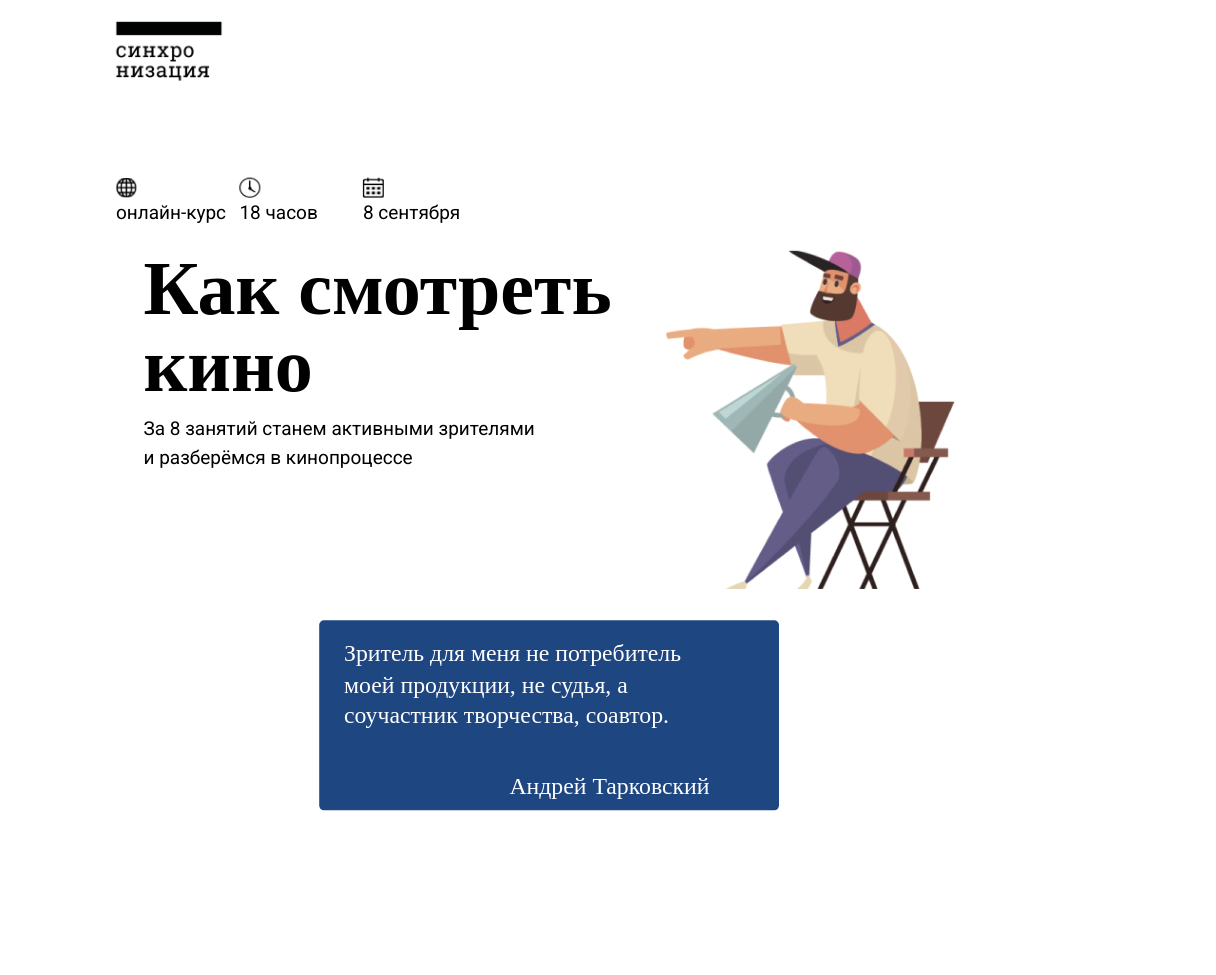
Repository: simralgasimov/task5
Page: index.html
An editor plug-in stored every save of this project. The page is shown before and after the next save, followed by the edit.
The browser window is 1280 px wide. The pictures show the whole page, at 95% of full size.

Above is the page before, as saved 2023-08-28 13:21:30.

After the next save:
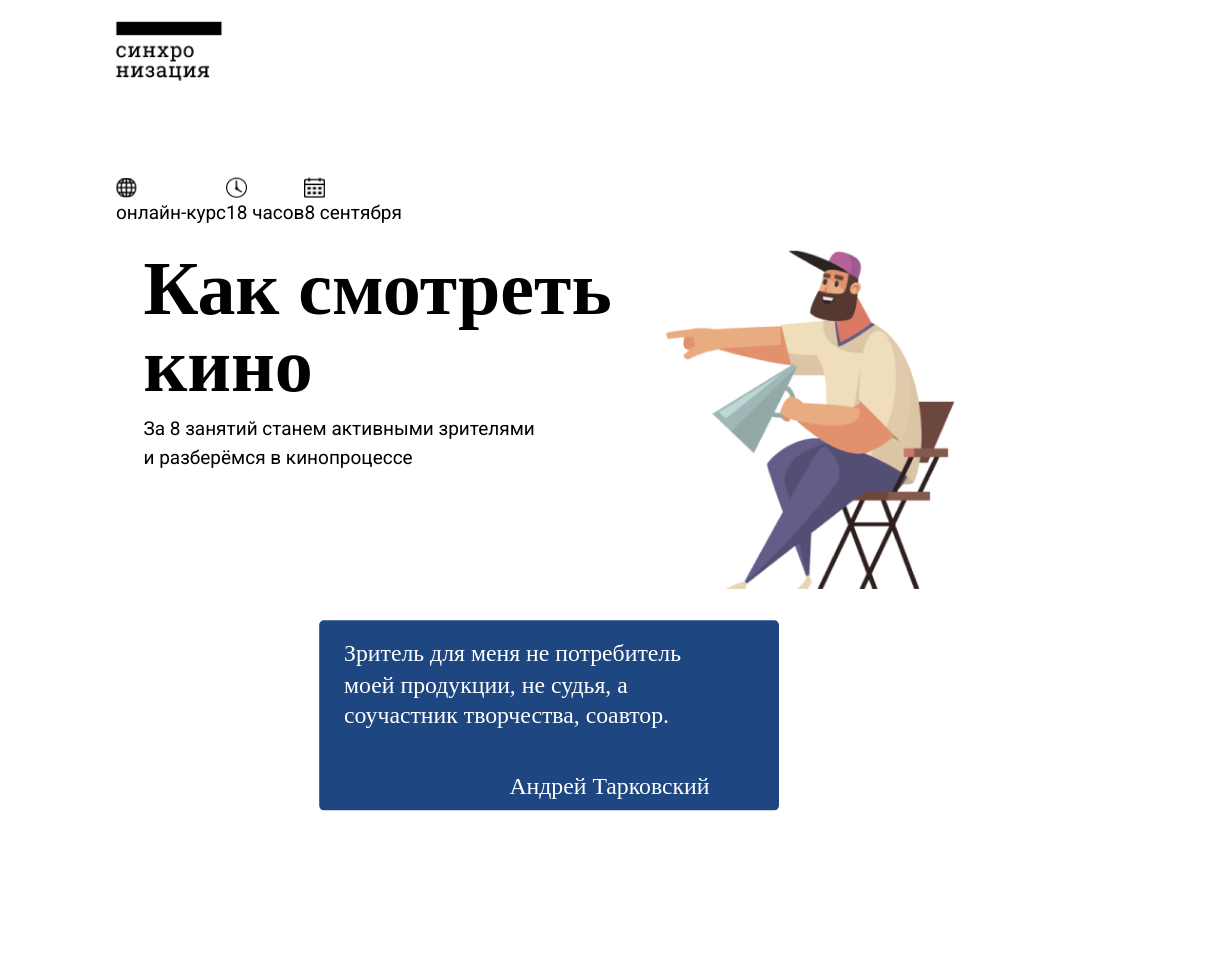
Saved 31 s later.
--- a/index.css
+++ b/index.css
@@ -20,7 +20,7 @@
 }
 
 .headline p {
-  width: 130px;
+  /* width: 130px; */
   color: #000;
   font-family: Roboto;
   font-size: 20px;
